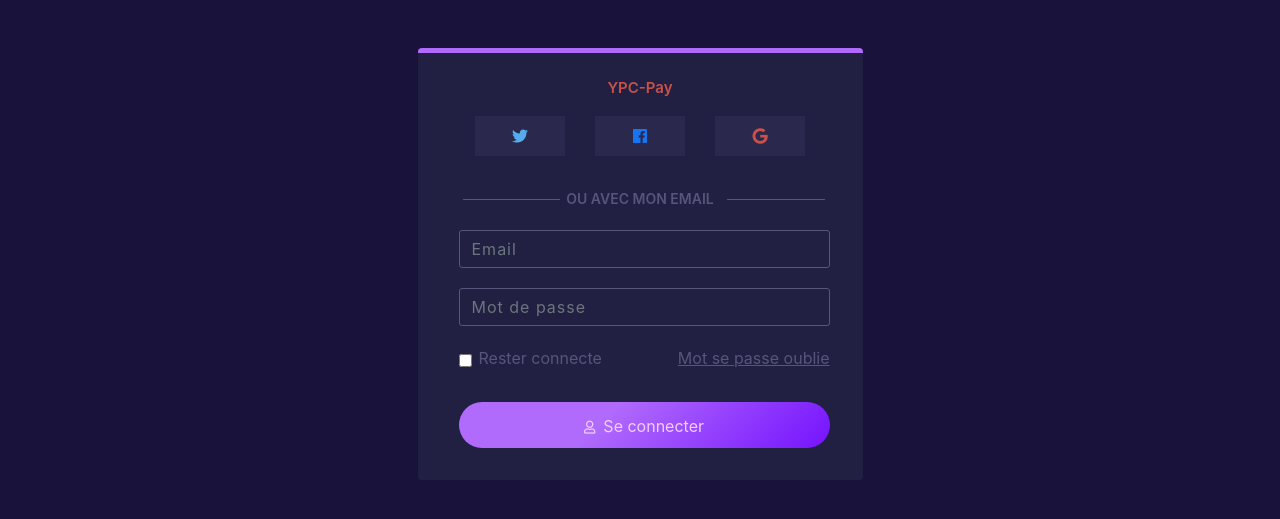
Repository: imamarin/ypcpay
Page: http://localhost/
These files come from the project's save history. The page is drawn as it stood at one moment and after the next save; the edit follows.
The browser window is 1280 px wide. The pictures show the whole page.
Some web libraries are served in a nearby version. The page is served by the project's Laravel application, run on PHP 8.4 with Laravel 8.

Above is the page before, as saved 2022-05-20 13:56:13.
Console error: TypeError: Cannot read properties of undefined (reading 'fn')

After the next save:
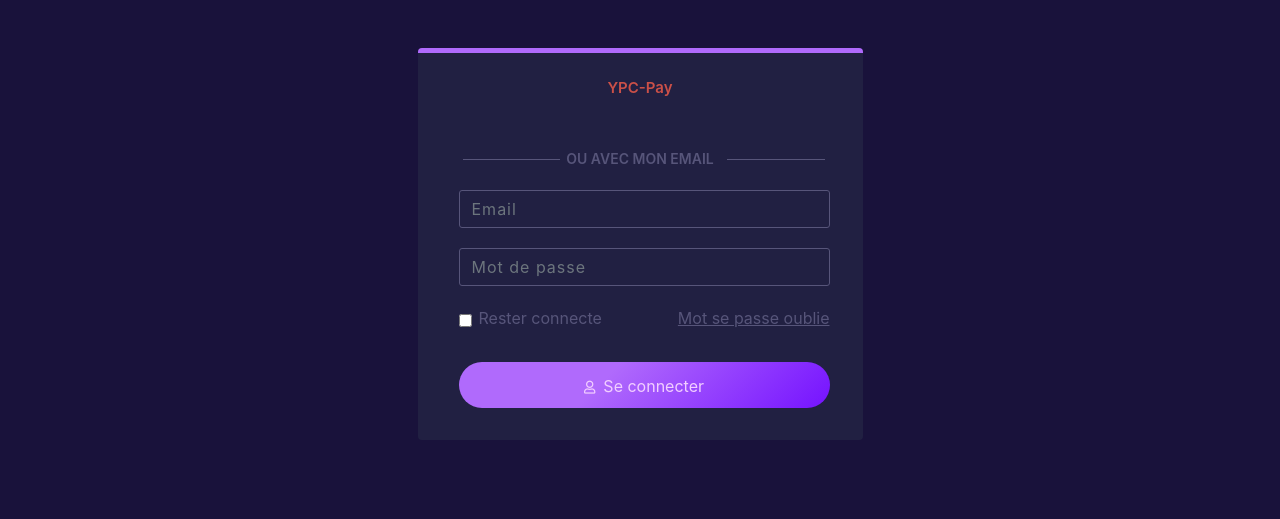
Saved 12 s later.
--- a/resources/views/login.blade.php
+++ b/resources/views/login.blade.php
@@ -147,7 +147,7 @@
                 <div class="col-12 col-md-8 col-lg-6 col-xl-5">
                     <div class="card py-3 px-2">
                         <p class="text-center mb-3 mt-2" style="color: #CB5048">YPC-Pay</p>
-                        <div class="row mx-auto ">
+                        {{-- <div class="row mx-auto ">
                             <div class="col-4">
                                 <i class="fab fa-twitter"></i>
                             </div>
@@ -157,7 +157,7 @@
                             <div class="col-4">
                                 <i class="fab fa-google"></i>
                             </div>
-                        </div>
+                        </div> --}}
                         <div class="division">
                             <div class="row">
                                 <div class="col-3"><div class="line l"></div></div>
